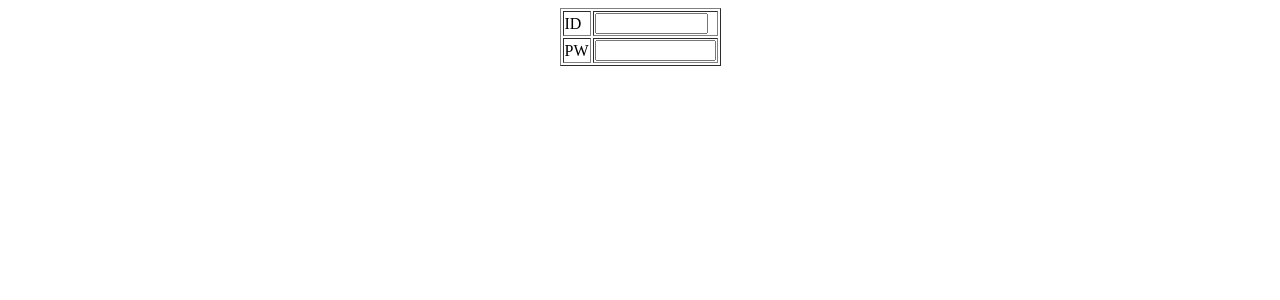
Repository: Kanghanna/One-Pick
Page: http://localhost/Login_Project/Login.jsp
These files come from the project's save history. The page is drawn as it stood at one moment and after the next save; the edit follows.
The browser window is 1280 px wide. The pictures show the whole page.
The page is served by Tomcat 9.

Above is the page before, as saved 2019-03-29 02:31:26.

### Login_Project/WebContent/Login.jsp
<%@ page language="java" contentType="text/html; charset=UTF-8"
    pageEncoding="UTF-8"%>
<!DOCTYPE html>
<html>
<head>
<meta charset="UTF-8">
<title>로그인 폼</title>
</head>
<body>
<center>
	<form action = "loginProc.jsp" method = "get">
		<table border = 1>
			<tr>
				<td>ID</td>
				<td><input type = "text" name = "id" size = "11"></td>
			</tr>
			<tr>
				<td>PW</td>
				<td><input type = "password" name = "pw" size = "12"></td>
			</tr>
		</table>

	</form>

</center>
</body>
</html>

After the next save:
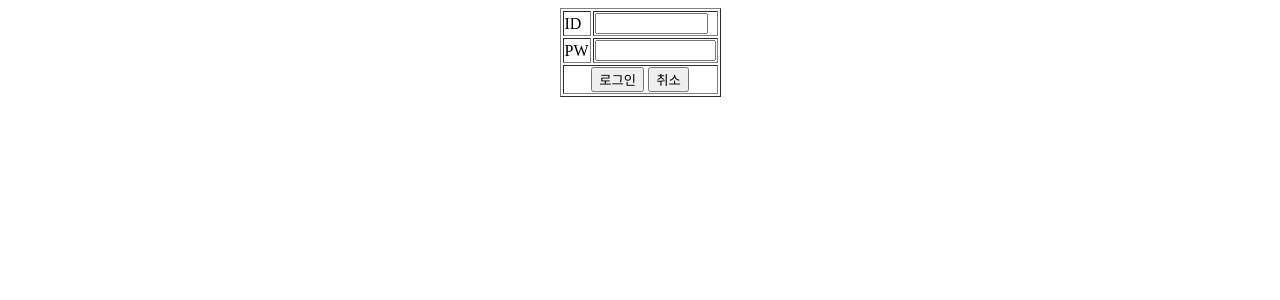
Saved 56 s later.
--- a/Login_Project/WebContent/Login.jsp
+++ b/Login_Project/WebContent/Login.jsp
@@ -18,6 +18,12 @@
 				<td>PW</td>
 				<td><input type = "password" name = "pw" size = "12"></td>
 			</tr>
+			<tr>
+				<td colspan = "2" align = "center">
+					<input type = "submit" value = "로그인">
+					<input type = "reset" value = "취소">
+				</td>
+			</tr>
 		</table>
 
 	</form>
